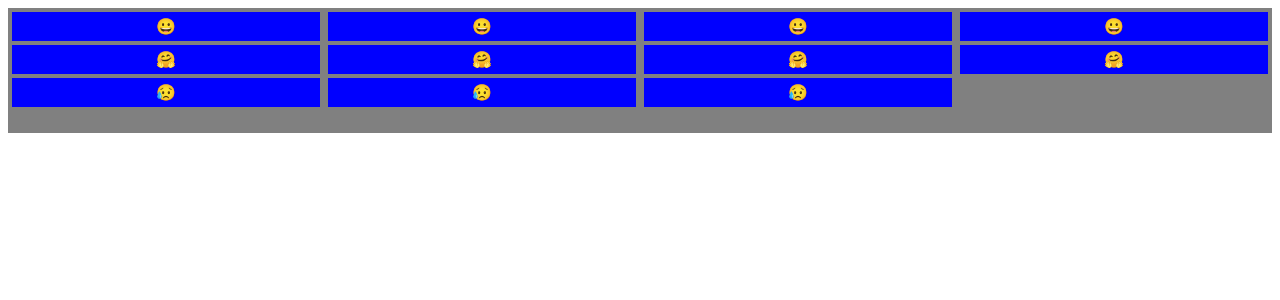
Repository: Sarah7223/internet-programming-tp
Page: TP1/ex4.html
These files come from the project's save history. The page is drawn as it stood at one moment and after the next save; the edit follows.
The browser window is 1280 px wide. The pictures show the whole page.

Above is the page before, as saved 2022-12-23 15:00:49.

### TP1/ex4.html
<html>
    <head>
        <style>
            .row-wrapper{
                height :125px;
                width: 100%;
                background-color: grey;
                display: flex;
                flex-direction: column;
                align-content:space-around ;
                align-items: stretch;
                flex-wrap: wrap;
                background-color: grey;
            }
            .column-wrapper{
                width: 25%;
                height: 100%;
            }
            .box{
                background-color: blue;
                padding: 5px;
                margin: 4px;
                text-align: center;
            }
        </style>
    </head>
    <body>
        <div class="row-wrapper">
            <div class="column-wrapper">
                <div class="box">&#x1F600;</div>
                <div class="box">&#x1F917;</div>
                <div class="box">&#x1F625;</div>
            </div>

            <div class="column-wrapper">
                <div class="box">&#x1F600;</div>
                <div class="box">&#x1F917;</div>
                <div class="box">&#x1F625;</div>
            </div>
            <div class="column-wrapper">
                <div class="box">&#x1F600;</div>
                <div class="box">&#x1F917;</div>
                <div class="box">&#x1F625;</div>
            </div>
            <div class="column-wrapper">
                <div class="box">&#x1F600;</div>
                <div class="box">&#x1F917;</div>
            </div>
        </div>
    </body>
</html>

After the next save:
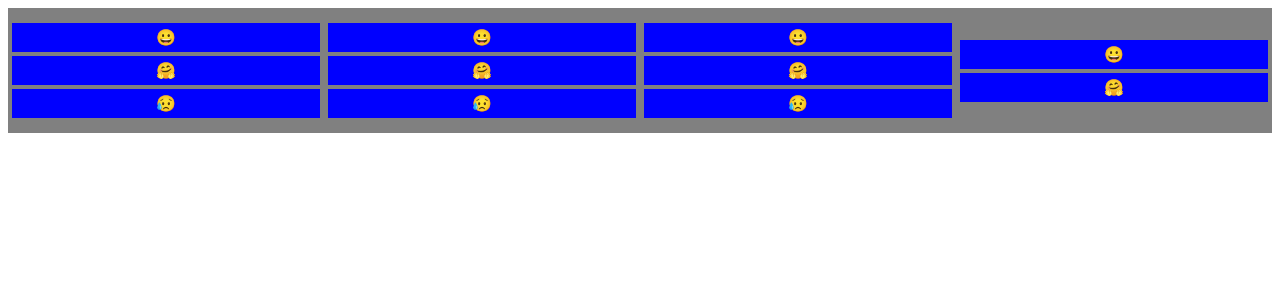
Saved 21 s later.
--- a/TP1/ex4.html
+++ b/TP1/ex4.html
@@ -15,6 +15,7 @@
             .column-wrapper{
                 width: 25%;
                 height: 100%;
+                align-content:space-around ;
             }
             .box{
                 background-color: blue;
